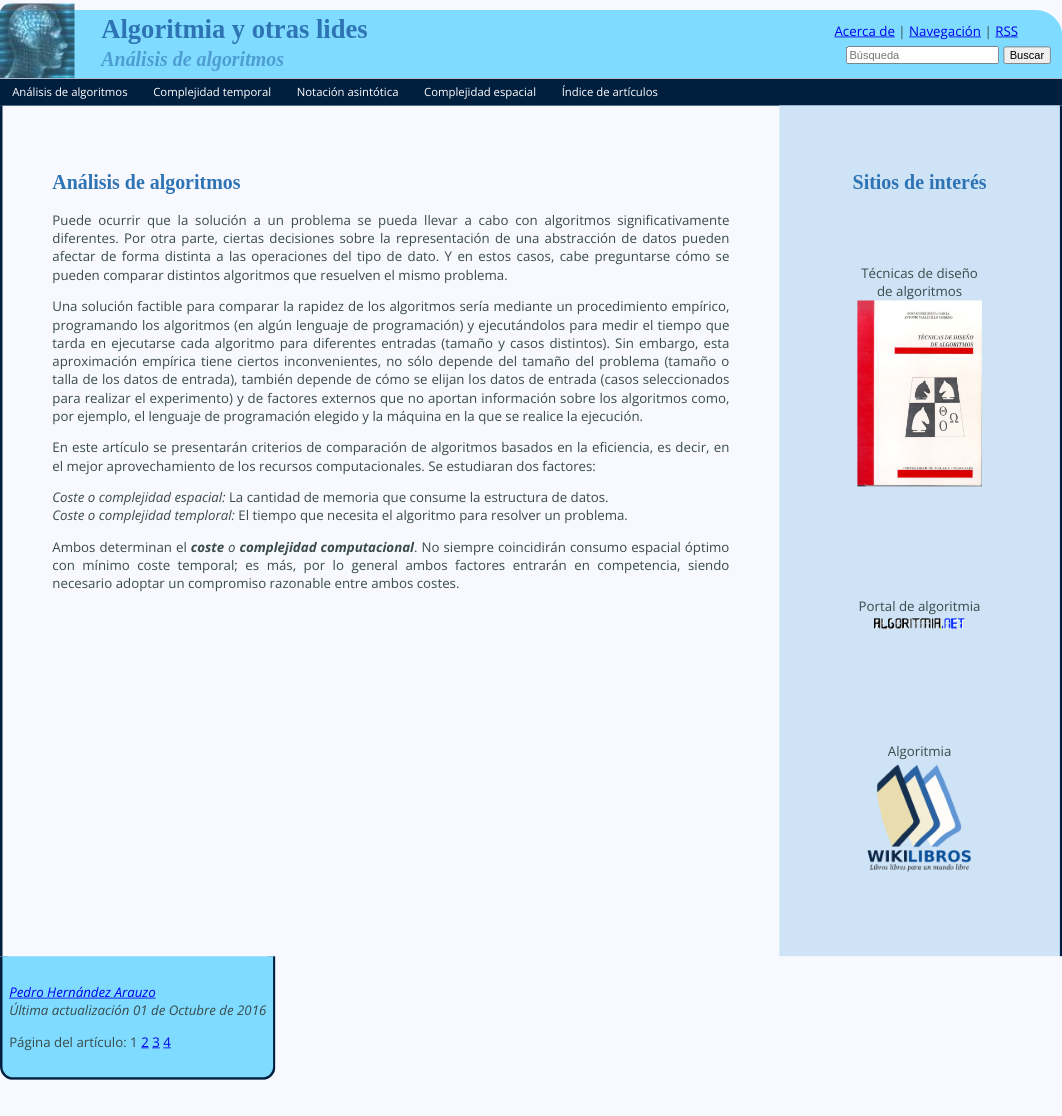
Repository: dgsama/Curso17
Page: SEW/WorkSpace/Practica04/index.html
These files come from the project's save history. The page is drawn as it stood at one moment and after the next save; the edit follows.
The browser window is 1280 px wide. The pictures show the whole page, at 83% of full size.
Some web fonts or font styles are not loaded; a fallback is used.

Above is the page before, as saved 2016-10-26 09:57:25.

### SEW/WorkSpace/Practica04/index.html
<!DOCTYPE html>
<html xmlns="http://www.w3.org/1999/xhtml" lang="es" xml:lang="es">
<head>
<meta charset="UTF-8" />
<title>Análisis de algoritmos</title>
<link rel="stylesheet" type="text/css"
href="estilo.css" media="screen"/>
<style type="text/css">
/*<![CDATA[
body {
    counter-reset: c1;
}

section h2:before {
    counter-increment: c1;
    content: counter(c1) ". ";
}
]]>*/
</style>
</head>
<body>
  <header>
    <h1>
      <a href="#" title="Página inicial del blog" tabindex="1"><img
      src="algoritmia.jpg" alt="logo"/>Algoritmia y otras lides</a>
    </h1>
    <h2>Análisis de algoritmos</h2>
    <ul id="ayuda">
      <li><a href="#">Acerca de</a></li>
      <li><a href="#">Navegación</a></li>
      <li><a href="#">RSS</a></li>
      <li>
        <form method="post" action="#">
		  <fieldset>
			<input type="search" size="20" placeholder="Búsqueda"/>
			<input type="submit" value="Buscar"/>
		  </fieldset>
        </form>
      </li>
    </ul>
  </header>
  <nav>
    <ul>
      <li><a href="#" accesskey="1">Análisis de algoritmos</a></li>
      <li><a href="temporal.html" accesskey="2">Complejidad
      temporal</a></li>
      <li><a href="notacion.html" accesskey="3">Notación
      asintótica</a></li>
      <li><a href="espacial.html" accesskey="4">Complejidad
      espacial</a></li>
      <li><a href="#" accesskey="5">Índice de artículos</a></li>
    </ul>
  </nav>
  <section id="main">
    <h2>Análisis de algoritmos</h2>
    <p>Puede ocurrir que la solución a un problema se pueda llevar a
      cabo con algoritmos significativamente diferentes. Por otra parte,
      ciertas decisiones sobre la representación de una abstracción de
      datos pueden afectar de forma distinta a las operaciones del tipo
      de dato. Y en estos casos, cabe preguntarse cómo se pueden
      comparar distintos algoritmos que resuelven el mismo problema.</p>
    <p>Una solución factible para comparar la rapidez de los
      algoritmos sería mediante un procedimiento empírico, programando
      los algoritmos (en algún lenguaje de programación) y ejecutándolos
      para medir el tiempo que tarda en ejecutarse cada algoritmo para
      diferentes entradas (tamaño y casos distintos). Sin embargo, esta
      aproximación empírica tiene ciertos inconvenientes, no sólo
      depende del tamaño del problema (tamaño o talla de los datos de
      entrada), también depende de cómo se elijan los datos de entrada
      (casos seleccionados para realizar el experimento) y de factores
      externos que no aportan información sobre los algoritmos como, por
      ejemplo, el lenguaje de programación elegido y la máquina en la
      que se realice la ejecución.</p>
    <p>En este artículo se presentarán criterios de comparación de
      algoritmos basados en la eficiencia, es decir, en el mejor
      aprovechamiento de los recursos computacionales. Se estudiaran dos
      factores:</p>
    <dl>
      <dt>Coste o complejidad espacial</dt>
      <dd>La cantidad de memoria que consume la estructura de
        datos.</dd>
      <dt>Coste o complejidad temploral</dt>
      <dd>El tiempo que necesita el algoritmo para resolver un
        problema.</dd>
    </dl>
    <p>Ambos determinan el <dfn><strong>coste</strong> o
      <strong>complejidad computacional</strong></dfn>. No siempre
      coincidirán consumo espacial óptimo con mínimo coste temporal; es
      más, por lo general ambos factores entrarán en competencia, siendo
      necesario adoptar un compromiso razonable entre ambos costes.</p>
  </section>
  <aside>
    <h2>Sitios de interés</h2>
    <div>
      <figure>
        <figcaption>Técnicas de diseño de algoritmos</figcaption>
        <p><a href="http://www.lcc.uma.es/~av/Libro/"><img src="tda.jpg"
        alt="Libro de algoritmia"/></a></p>
      </figure>
      <figure>
        <figcaption>Portal de algoritmia</figcaption>
        <p><a href="http://www.algoritmia.net/"><img src="anet.gif"
		alt="Portal de algoritmia"/></a></p>
      </figure>
      <figure>
        <figcaption>Algoritmia</figcaption>
        <p><a href="http://es.wikibooks.org/wiki/Algoritmia"><img
        src="Wbooks.png" alt="Libro de algoritmia"/></a></p>
      </figure>
    </div>
  </aside>
  <footer>
    <address>
      <p>
        <a href="mailto:phernandez@uniovi.es"
         title="Escrito por Pedro Hernández">Pedro Hernández Arauzo</a>
         <br/>Última actualización
         <time datetime="2016-10-01">01 de Octubre de 2016</time>
      </p>
    </address>
    <p>
        Página del artículo: 1 <a href="temporal.html">2</a>
        <a href="notacion.html">3</a> <a href="espacial.html">4</a>
    </p>
  </footer>
</body>
</html>

### SEW/WorkSpace/Practica04/estilo.css
@charset "UTF-8";

@import
    url("http://fonts.googleapis.com/css?family=Source+Code+Pro:300,400,700|Droid+Serif:700|Open+Sans:400italic,700italic,400,700")
    ;

body {
    font-family: 'Open Sans', sans-serif;
    color: #394b4b;
    background-color: #f8f8ff;
    text-align: justify;
    margin: 0.75em 0;
    padding: 0;
}

section, aside {
    margin: 0;
    border-left: 3px solid #001f3f;
    border-right: 3px solid #001f3f;
}

aside {
    padding: 0 4em 1.5em 4em;
}

h1, h2, h3, h4, h5, h6 {
    font-family: 'Droid Serif', serif;
    color: rgb(46, 116, 181);
}

h1 a, h1 a:link, h1 a:visited {
    color: inherit;
    text-decoration: none;
}

header {
    background-color: #7fdbff;
    min-height: 82px;
    border-top-right-radius: 2em;
}

header img {
    float: left;
    opacity: 0.7;
    width: 90px;
    height: 90px;
    margin-top: -13px;
    margin-right: 1em;
    border-top-left-radius: 0.4em;
}

header h1, header h2 {
    margin: 0;
    padding: 5px 0 0 0;
}

header h2 {
    font-style: italic;
    opacity: 0.6;
}

nav {
    font-size: 90%;
}

nav>ul {
    list-style: none;
    margin: 1px 0 0 0;
    padding: 0;
    background-color: #001f3f;
    border: 1px solid #001f3f;
    font-size: 95%;
}

nav li {
    color: rgb(100%, 100%, 100%);
    margin: 0;
    padding: 0;
    display: inline-block;
    padding: 0;
}

nav a {
    display: block; /* para que el hiperv�nculo se active desde
						cualquier parte de la caja que se genera */
    padding: 0.4em 1em;
}

nav a:hover {
    background-color: #0074d9;
}

nav a:link, nav a:visited {
    color: rgb(100%, 100%, 100%);
    text-decoration: none;
}

.ecuacion, code, #Tabla3 thead th:nth-child(n+2) {
    font-family: 'Source Code Pro', monospace;
}

.ecuacion, #Tabla3 thead th:nth-child(n+2) {
    font-style: oblique;
}

pre>code {
    font-size: 16px;
}

figure, figure>p {
    margin: 0;
    padding: 0;
}

figure>pre, figure>table {
    margin-bottom: 0.15em;
}

figure>pre {
    font-size: 1em;
}

section figcaption::before {
    content: attr(title) ". ";
    font-weight: 700;
}

section figcaption {
    font-size: 85%;
    font-style: italic;
}

#Figura3 img {
    width: 578px;
    height: 268px;
}

table {
    border-collapse: collapse;
}

th, td {
    border: 1px solid rgb(40%, 40%, 40%);
    padding: 2px 0.5em;
}

#Tabla3 caption {
    color: rgb(46, 116, 181);
    font-style: italic;
    font-weight: bold;
    margin-bottom: 0.2em;
}

footer {
    clear: both;
    min-height: 50px;
    background-color: #7fdbff;
    margin-bottom: 2em;
    padding: 1em 0.5em;
    border-left: 3px solid #001f3f;
    border-right: 3px solid #001f3f;
    border-bottom: 3px solid #001f3f;
    border-bottom-left-radius: 1em;
    border-bottom-right-radius: 1em;
}

#ayuda {
    list-style-type: none;
    float: right;
    margin-top: -60px;
}

#ayuda fieldset {
    border: none;
}

#ayuda li {
    display: inline;
}

#ayuda li:nth-last-child(n+3)::after {
    content: " |";
}

dt, dd {
    display: inline;
}

dt::after {
    content: ": ";
}

dt {
    font-style: italic;
}

dd {
    margin-left: 0;
}

dd:after {
    display: block;
    content: " ";
}

#main {
    padding: 60px;
}

pre {
    margin-left: 3cm;
}

pre+figcaption {
    margin-left: 3cm;
}

table {
    margin: auto;
}

.center {
    text-align: center;
}

#Figura4 {
    float: left;
    width: 39%;
    text-align: center;
    margin-left: 10%;
}

#Figura5 {
    float: right;
    width: 39%;
    text-align: center;
    margin-right: 10%;
}

h4 {
    clear: both;
}

#Tabla3 th {
    background-color: #00BFFF;
    color: #0404B4;
    font-size: 20px;
}

#Tabla3 tbody {
    background: white;
}

#Tabla3 tbody>tr:nth-child(2n) {
    background: #A9F5F2;
}

aside {
    text-align: center;
}

aside div {
    display: flex;
    flex: auto;
    justify-content: center;
}

aside figure {
    padding: 4em;
    text-align: center;
}

aside img {
    max-width: 150px;
}

@media screen and (min-width:900px) {
    aside div {
        flex-direction: column;
        min-height: 600px;
    }
    aside {
        border-left: 0;
        padding: 2em 1.5em;
        display: table-cell;
        background-color: #CEE3F6;
    }
    #main {
        border-right: 0;
        display: table-cell;
    }
}

footer p{
    display: block;
}

footer{
    display: inline-block;
}

After the next save:
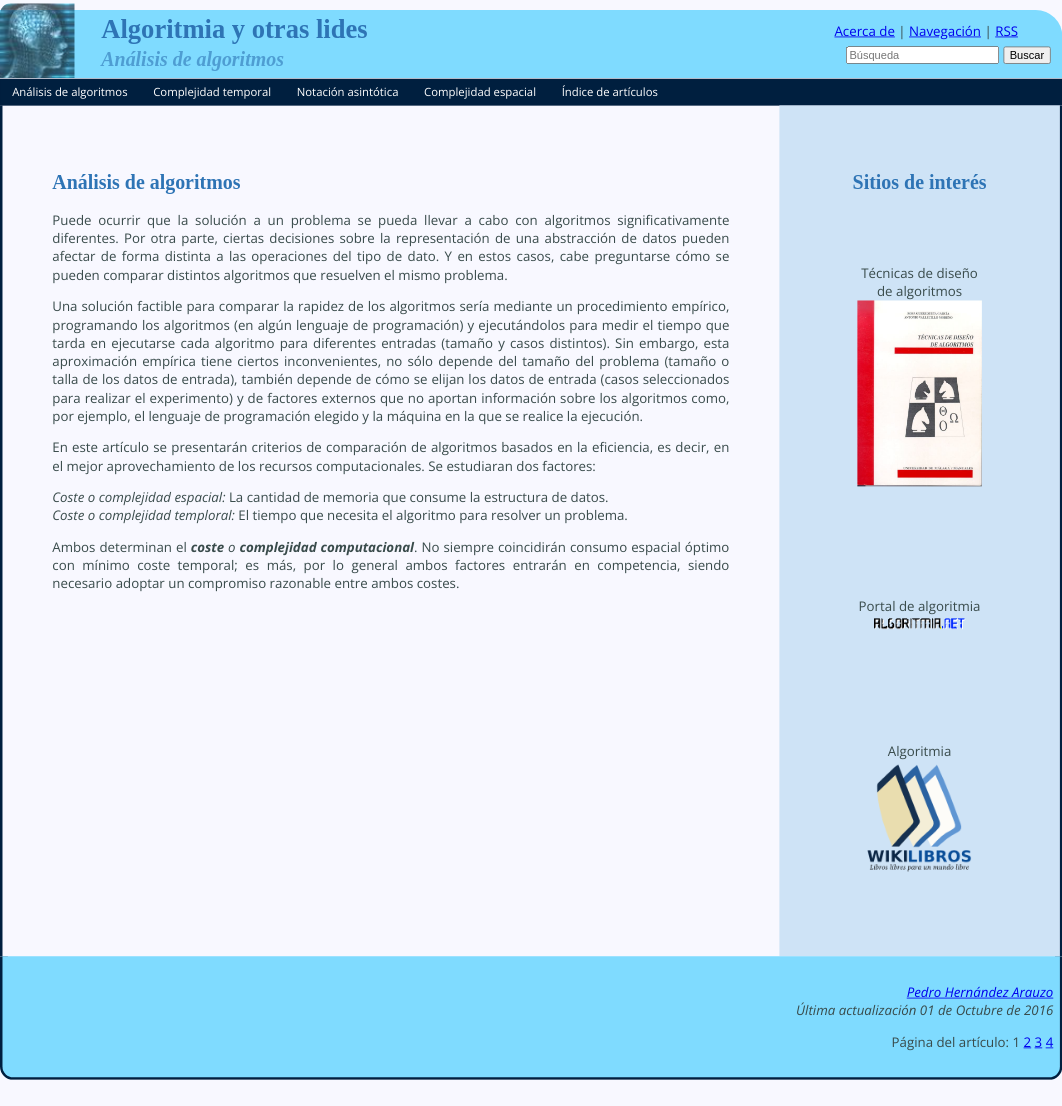
Saved 18 s later.
--- a/SEW/WorkSpace/Practica04/estilo.css
+++ b/SEW/WorkSpace/Practica04/estilo.css
@@ -293,8 +293,6 @@
 
 footer p{
     display: block;
-}
-
-footer{
-    display: inline-block;
-}
+    text-align: right;
+}
+}
